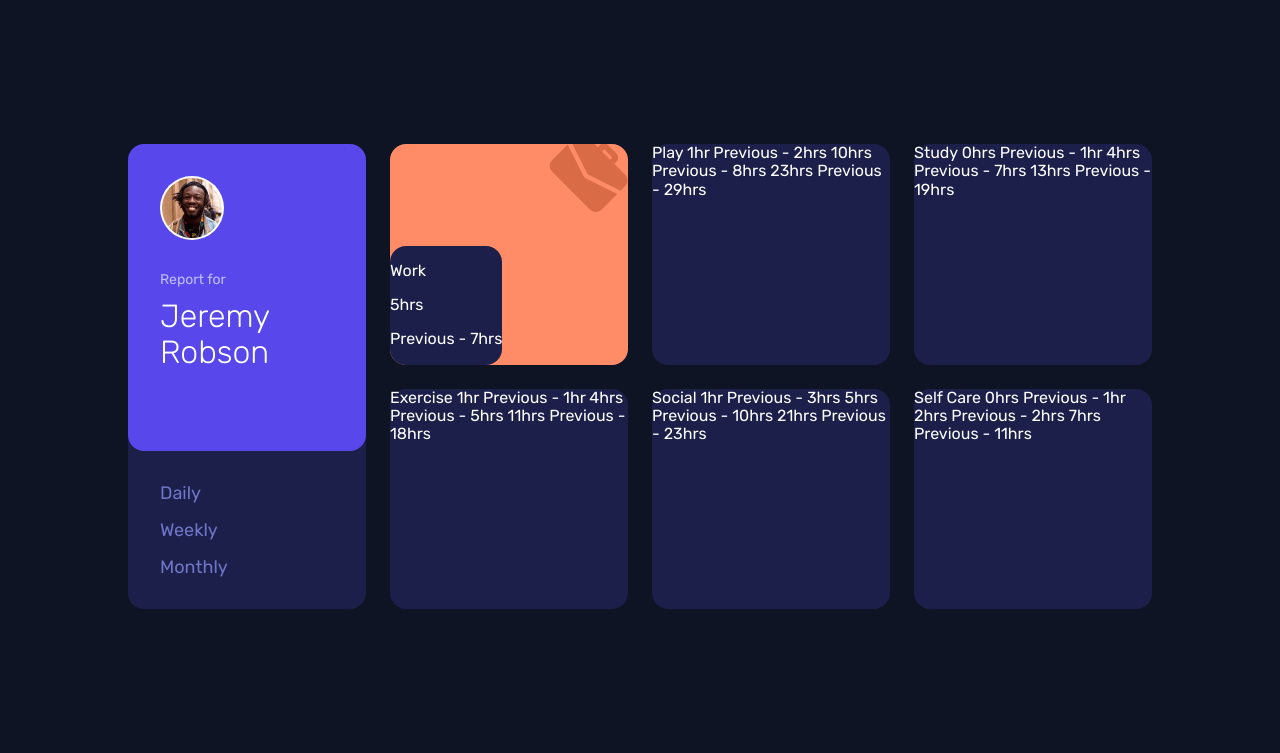
Repository: Jay-JYKim91/FM_time-tracking-dashboard
Page: index.html
These files come from the project's save history. The page is drawn as it stood at one moment and after the next save; the edit follows.
The browser window is 1280 px wide. The pictures show the whole page.

Above is the page before, as saved 2021-12-16 11:21:10.

### index.html
<!DOCTYPE html>
<html lang="en">
<head>
  <meta charset="UTF-8">
  <meta name="viewport" content="width=device-width, initial-scale=1.0"> <!-- displays site properly based on user's device -->

  <link rel="icon" type="image/png" sizes="32x32" href="./images/favicon-32x32.png">

  <title>Time tracking dashboard</title>
  <link rel="stylesheet" href="https://cdnjs.cloudflare.com/ajax/libs/normalize/8.0.1/normalize.min.css" integrity="sha512-NhSC1YmyruXifcj/KFRWoC561YpHpc5Jtzgvbuzx5VozKpWvQ+4nXhPdFgmx8xqexRcpAglTj9sIBWINXa8x5w==" crossorigin="anonymous" referrerpolicy="no-referrer" />
  <link rel="preconnect" href="https://fonts.googleapis.com">
  <link rel="preconnect" href="https://fonts.gstatic.com" crossorigin>
  <link href="https://fonts.googleapis.com/css2?family=Rubik:wght@300;400;500&display=swap" rel="stylesheet">
  <link rel="stylesheet" href="style.css">
  <script src="main.js" defer></script>
</head>
<body>
  <section class="container">
    <article class="card profile-card">
        <div class="profile-card--name">
          <div class="profile-img-box">
            <img src="./images/image-jeremy.png" alt="jeremy" class="profile-img">
          </div>
          <p>Report for</p>
          <p class="name">Jeremy Robson</p>
        </div>
        <ul>
          <li><a href="">Daily</a></li>
          <li><a href="">Weekly</a></li>
          <li><a href="">Monthly</a></li>
        </ul>
    </article>
    <article class="card feature-card work-bg">
      <div class="card feature-card--text">
        <p>Work</p>
        <p>5hrs</p>
        <p>Previous - 7hrs</p>
      </div>

   <!-- daily -->
   <!-- daily -->
  <!-- 32hrs  -->
  <!-- weekly -->
  <!-- Previous - 36hrs  -->
  <!-- weekly -->
  <!-- 103hrs  -->
  <!-- monthly -->
  <!-- Previous - 128hrs  -->
  <!-- monthly -->

    </article>
    <article class="card">
      Play
  1hr <!-- daily -->
  Previous - 2hrs <!-- daily -->
  10hrs <!-- weekly -->
  Previous - 8hrs <!-- weekly -->
  23hrs <!-- monthly -->
  Previous - 29hrs <!-- monthly -->


    </article>
    <article class="card">
      Study
  0hrs <!-- daily -->
  Previous - 1hr <!-- daily -->
  4hrs <!-- weekly -->
  Previous - 7hrs <!-- weekly -->
  13hrs <!-- monthly -->
  Previous - 19hrs <!-- monthly -->


    </article>
    <article class="card">
      Exercise
  1hr <!-- daily -->
  Previous - 1hr <!-- daily -->
  4hrs <!-- weekly -->
  Previous - 5hrs <!-- weekly -->
  11hrs <!-- monthly -->
  Previous - 18hrs <!-- monthly -->


    </article>
    <article class="card">
      Social
  1hr <!-- daily -->
  Previous - 3hrs <!-- daily -->
  5hrs <!-- weekly -->
  Previous - 10hrs <!-- weekly -->
  21hrs <!-- monthly -->
  Previous - 23hrs <!-- monthly -->


    </article>
    <article class="card">
      Self Care
  0hrs <!-- daily -->
  Previous - 1hr <!-- daily -->
  2hrs <!-- weekly -->
  Previous - 2hrs <!-- weekly -->
  7hrs <!-- monthly -->
  Previous - 11hrs <!-- monthly -->
    </article>
  </section>








  <!-- <div class="attribution">
    Challenge by <a href="https://www.frontendmentor.io?ref=challenge" target="_blank">Frontend Mentor</a>.
    Coded by <a href="#">Your Name Here</a>.
  </div> -->
</body>
</html>

### style.css
:root {
  --body-font: "Rubik", sans-serif;

  --blue: hsl(246, 80%, 60%);
  --light-red-work: hsl(15, 100%, 70%);
  --soft-blue-play: hsl(195, 74%, 62%);
  --light-red-study: hsl(348, 100%, 68%);
  --lime-green-exercise: hsl(145, 58%, 55%);
  --violet-social: hsl(264, 64%, 52%);
  --soft-orange: hsl(43, 84%, 65%);
  --very-dark-blue: hsl(226, 43%, 10%);
  --dark-blue: hsl(235, 46%, 20%);
  --desaturated-blue: hsl(235, 45%, 61%);
  --pale-blue: hsl(236, 100%, 87%);
}
body {
  background-color: var(--very-dark-blue);
  color: white;
  font-family: var(--body-font);
}
a {
  text-decoration: none;
  color: white;
}
.container {
  width: 80vw;
  margin: 20vh auto;
  display: grid;
  grid-template-columns: repeat(4, 1fr);
  gap: 1.5em;
}
.card {
  border-radius: 1em;
  background-color: var(--dark-blue);
}
.profile-card {
  grid-row: 1 / 3;
}
.profile-card ul {
  list-style: none;
  padding-left: 2em;
  margin: 2em 0;
}
.profile-card--name {
  background-color: var(--blue);
  padding: 2em;
  border-radius: 1em;
}
.profile-card--name p {
  color: var(--pale-blue);
  margin: 0;
  font-size: 14px;
}
.profile-card--name .name {
  color: white;
  font-size: 2rem;
  font-weight: 300;
  margin: 0.3em 0 1.5em 0;
}
.profile-img-box {
  width: 64px;
  height: 64px;
  border-radius: 50%;
  background-color: white;
  margin-bottom: 2em;
}
.profile-img {
  width: 60px;
  margin: 2px;
}
.profile-card li {
  margin-bottom: 1em;
}
.profile-card li a {
  font-size: 18px;
  color: var(--desaturated-blue);
}
.feature-card {
  position: relative;
}
.feature-card--text {
  position: absolute;
  bottom: 0;
}

.work-bg {
  background-image: url("./images/icon-work.svg");
  background-color: var(--light-red-work);
  background-repeat: no-repeat;
  background-position: top right;
  background-position-y: -10px;
}
@media (min-width: 768px) and (max-width: 1023px) {
}

@media (max-width: 767px) {
}

Loaded but not shown: main.js (empty)

After the next save:
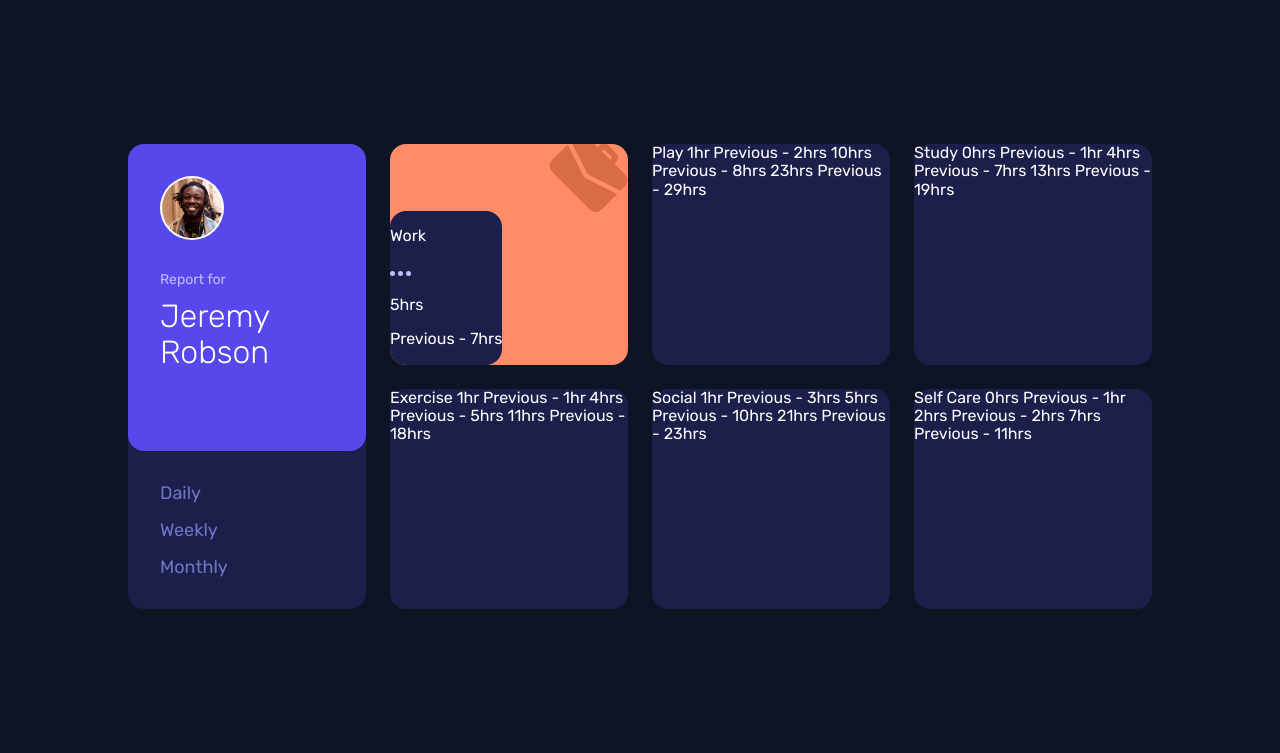
Saved 3 min 12 s later.
--- a/index.html
+++ b/index.html
@@ -32,7 +32,10 @@
     </article>
     <article class="card feature-card work-bg">
       <div class="card feature-card--text">
-        <p>Work</p>
+        <div class="title-wrapper">
+          <p class="title">Work</p>
+          <img src="./images/icon-ellipsis.svg" alt="ellipsis">
+        </div>
         <p>5hrs</p>
         <p>Previous - 7hrs</p>
       </div>
